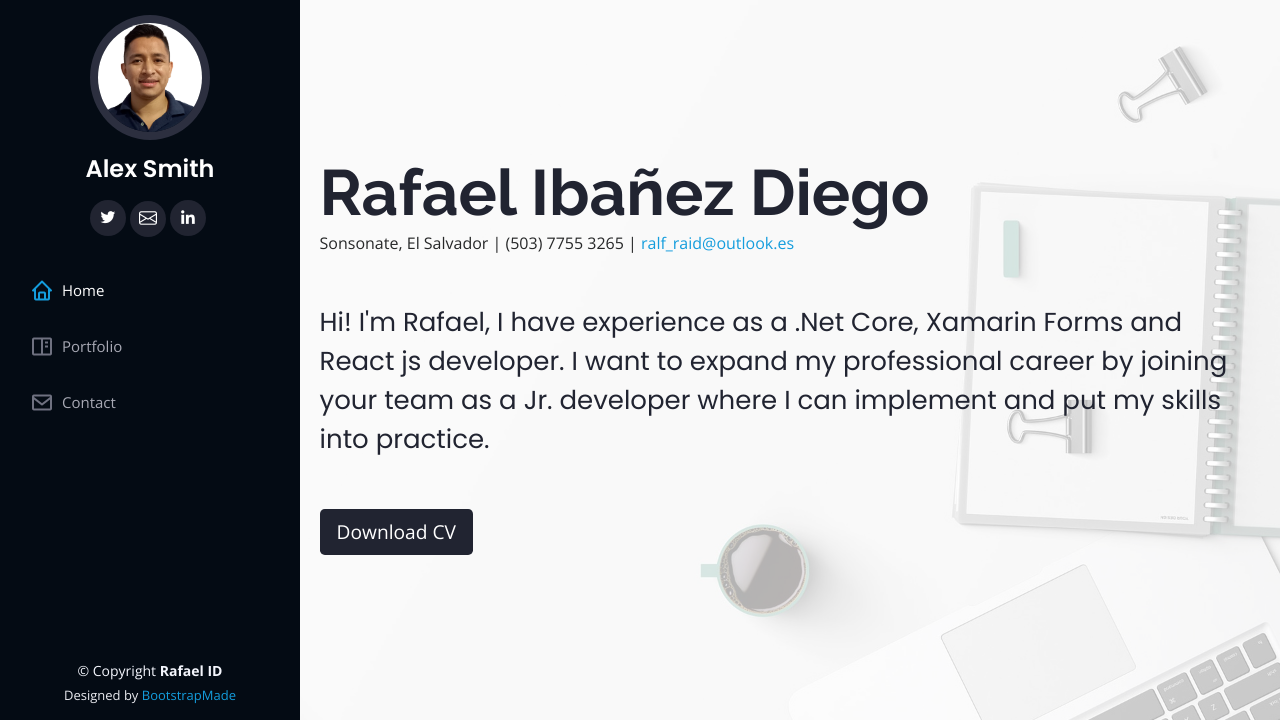
Repository: ralfId/myportfolio
Page: /
An editor plug-in stored every save of this project. The page is shown before and after the next save, followed by the edit.
The browser window is 1280 px wide. The pictures show the whole page.
The project was rebuilt for these pictures with package versions that can differ from the ones it lists, and the page was loaded fresh each time. Also part of the build but not shown: src/data/projects.js, src/components/Projects/ProjectItem.js, src/components/Projects/ProjectIndex.js, src/helpers/ProjectById.js, src/components/Projects/ProjectDetail.js.

Above is the page before, as saved 2021-09-20 18:37:19.

### public/index.html
<!DOCTYPE html>
<html lang="en">

<head>
  <meta charset="utf-8" />
  <link rel="icon" href="%PUBLIC_URL%/favicon.ico" />
  <meta name="viewport" content="width=device-width, initial-scale=1" />
  <meta name="theme-color" content="#000000" />
  <meta name="description" content="Web site created using create-react-app" />
  <link rel="apple-touch-icon" href="%PUBLIC_URL%/logo192.png" />
  <link rel="manifest" href="%PUBLIC_URL%/manifest.json" />

  <!-- Google Fonts -->
  <link
    href="https://fonts.googleapis.com/css?family=Open+Sans:300,300i,400,400i,600,600i,700,700i|Raleway:300,300i,400,400i,500,500i,600,600i,700,700i|Poppins:300,300i,400,400i,500,500i,600,600i,700,700i"
    rel="stylesheet">

  <!-- Vendor CSS Files -->
  <link href="vendor/aos/aos.css" rel="stylesheet">
  <link href="vendor/bootstrap/css/bootstrap.min.css" rel="stylesheet">
  <link href="vendor/bootstrap-icons/bootstrap-icons.css" rel="stylesheet">
  <link href="vendor/boxicons/css/boxicons.min.css" rel="stylesheet">
  <link href="vendor/glightbox/css/glightbox.min.css" rel="stylesheet">
  <link href="vendor/swiper/swiper-bundle.min.css" rel="stylesheet">

  <!-- Template Main CSS File -->
  <link href="css/style.css" rel="stylesheet">
  <title>React App</title>

  <!-- =======================================================
  * Template Name: iPortfolio - v3.3.0
  * Template URL: https://bootstrapmade.com/iportfolio-bootstrap-portfolio-websites-template/
  * Author: BootstrapMade.com
  * License: https://bootstrapmade.com/license/
  ======================================================== -->
</head>

<body>
  <noscript>You need to enable JavaScript to run this app.</noscript>
  <div id="root"></div>
  <!--
      This HTML file is a template.
      If you open it directly in the browser, you will see an empty page.

      You can add webfonts, meta tags, or analytics to this file.
      The build step will place the bundled scripts into the <body> tag.

      To begin the development, run `npm start` or `yarn start`.
      To create a production bundle, use `npm run build` or `yarn build`.
    -->
 <!-- Vendor JS Files -->
 <script src="vendor/aos/aos.js" type="text/javascript"></script>
 <script src="vendor/bootstrap/js/bootstrap.bundle.min.js" type="text/javascript"></script>
 <script src="vendor/glightbox/js/glightbox.min.js" type="text/javascript"></script>
 <script src="vendor/isotope-layout/isotope.pkgd.min.js" type="text/javascript"></script>
 <script src="vendor/php-email-form/validate.js" type="text/javascript"></script>
 <script src="vendor/purecounter/purecounter.js" type="text/javascript"></script>
 <script src="vendor/swiper/swiper-bundle.min.js" type="text/javascript"></script>
 <script src="vendor/typed.js/typed.min.js" type="text/javascript"></script>
 <script src="vendor/waypoints/noframework.waypoints.js" type="text/javascript"></script>

 <!-- Template Main JS File -->
 <script src="js/main.js" type="text/javascript"></script>

</body>

</html>

### src/components/Nav.js
import React from 'react';
import { useState } from 'react';
import { Link } from 'react-router-dom';
// import raid from '../img/raid.png';

export const Nav = () => {

//   const [isToggle, setIsToggle] = useState(false);

// const toggleNavMob=()=>{
//   setIsToggle(!isToggle)
// }

  return (
    <>

      {/* <i className={`bi bi-list mobile-nav-toggle d-xl-none ${!isToggle ? "bi-list": "bi-x"} } `} onClick={toggleNavMob}></i> */}
      <i className="bi bi-list mobile-nav-toggle d-xl-none"></i>

      <header id="header">
        <div className="d-flex flex-column mb-auto">

          <div className="profile">
            <img src="/img/profile-img.png" alt="" className="img-fluid rounded-circle" />
            <h1 className="text-light"><a href="index.html">Alex Smith</a></h1>
            <div className="social-links mt-3 text-center">
              <a href="https://twitter.com/ralf_id" className="twitter" target="_blank" rel="noreferrer"><i className="bx bxl-twitter"></i></a>
              <a href="mailto:ralf_raid@outlook.es" className="mail" target="_blank" rel="noreferrer"><i class="bi bi-envelope"></i></a>
              {/* <a href="http://localhost:3000/index" className="instagram" target="_blank" rel="noreferrer"><i className="bx bxl-instagram"></i></a> */}
              <a href="https://www.linkedin.com/in/rafaelid" className="linkedin" target="_blank" rel="noreferrer"><i className="bx bxl-linkedin"></i></a>
            </div>
          </div>
          <nav id="navbar" className="nav-menu navbar">
            <ul>
              <li><Link to="/index" className="nav-link scrollto active"><i className="bx bx-home"></i> <span>Home</span></Link></li>
              {/* <li><Link to="/about" className="nav-link scrollto"><i className="bx bx-user"></i> <span>About</span></Link></li> */}
              <li><Link to="/portfolio" className="nav-link scrollto"><i className="bx bx-book-content"></i> <span>Portfolio</span></Link></li>
              <li><Link to="/contact" className="nav-link scrollto"><i className="bx bx-envelope"></i> <span>Contact</span></Link></li>
            </ul>
          </nav>
        </div>


      </header>

    </>
  )
}

Loaded but not shown: src/index.js (common file); public/vendor/aos/aos.css (library); public/vendor/bootstrap/css/bootstrap.min.css (library); public/vendor/bootstrap-icons/bootstrap-icons.css (library); public/vendor/boxicons/css/boxicons.min.css (library); public/vendor/glightbox/css/glightbox.min.css (library); public/vendor/swiper/swiper-bundle.min.css (library); public/vendor/aos/aos.js (library); public/vendor/bootstrap/js/bootstrap.bundle.min.js (library); public/vendor/glightbox/js/glightbox.min.js (library); public/vendor/isotope-layout/isotope.pkgd.min.js (library); public/vendor/php-email-form/validate.js (common file); public/vendor/purecounter/purecounter.js (library); public/vendor/swiper/swiper-bundle.min.js (library); public/vendor/typed.js/typed.min.js (library); public/vendor/waypoints/noframework.waypoints.js (library); public/js/main.js (267 lines, source omitted); src/components/Home.js (27 lines, source omitted); src/routers/AppRouter.js (32 lines, source omitted); src/components/Footer.js (16 lines, source omitted); src/Portfolio.js (10 lines, source omitted); public/css/style.css (1154 lines, source omitted)

After the next save:
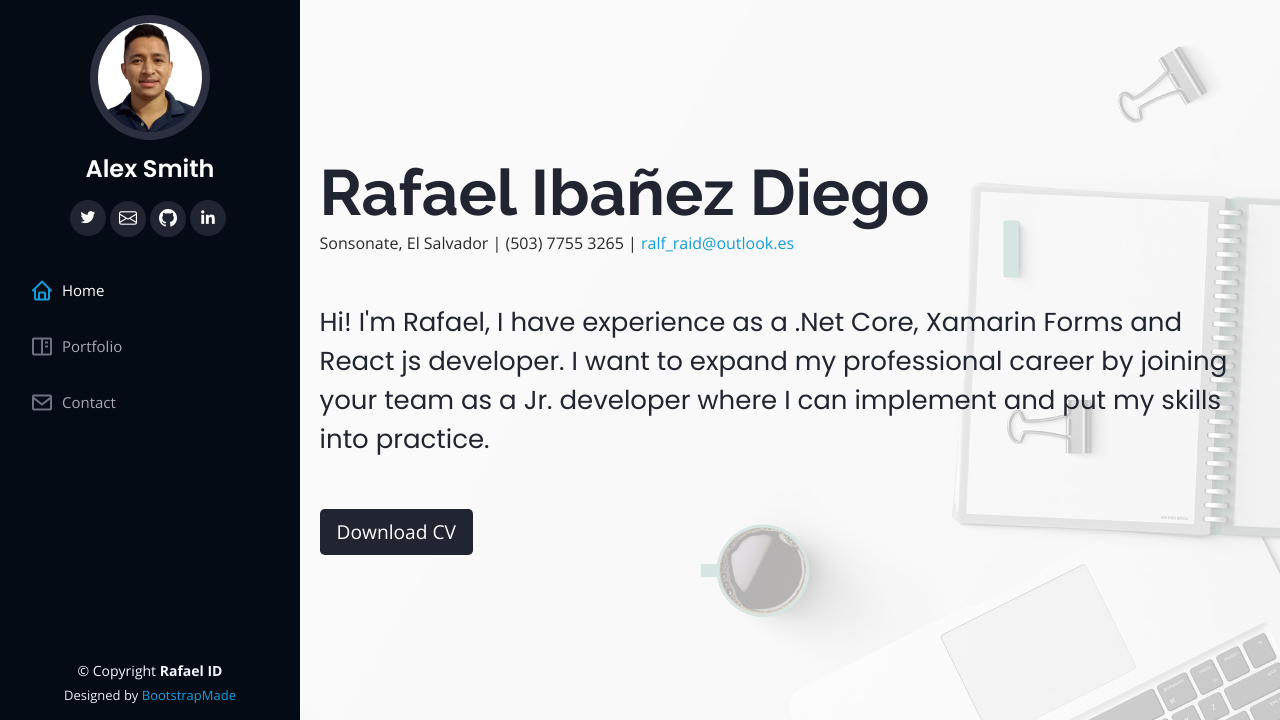
Saved 2 min 55 s later.
--- a/src/components/Nav.js
+++ b/src/components/Nav.js
@@ -26,7 +26,7 @@ export const Nav = () => {
             <div className="social-links mt-3 text-center">
               <a href="https://twitter.com/ralf_id" className="twitter" target="_blank" rel="noreferrer"><i className="bx bxl-twitter"></i></a>
               <a href="mailto:ralf_raid@outlook.es" className="mail" target="_blank" rel="noreferrer"><i class="bi bi-envelope"></i></a>
-              {/* <a href="http://localhost:3000/index" className="instagram" target="_blank" rel="noreferrer"><i className="bx bxl-instagram"></i></a> */}
+              <a href="http://localhost:3000/index" className="instagram" target="_blank" rel="noreferrer"><i class="bi bi-github"></i></a>
               <a href="https://www.linkedin.com/in/rafaelid" className="linkedin" target="_blank" rel="noreferrer"><i className="bx bxl-linkedin"></i></a>
             </div>
           </div>
